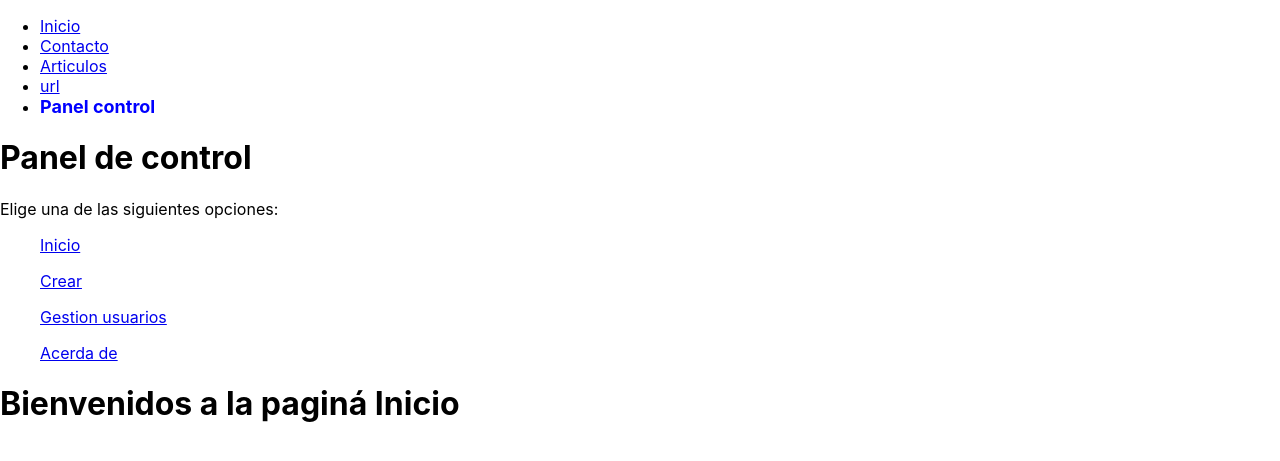
Repository: DamianBermudez94/react-router
Page: /panel/inicio
The author's editor kept a copy of each file at every save. The page is drawn from the files as they stood at one save, then again after the next save.
The browser window is 1280 px wide. The pictures show the whole page.
The project was rebuilt for these pictures with package versions that can differ from the ones it lists, and the page was loaded fresh each time. Also part of the build but not shown: src/components/Inicio.js, src/components/Articulos.js, src/components/Contacto.js, src/components/Error.js, src/components/ParametrosRutas.js, src/components/panel/Acerda.js, src/components/panel/Gestion.js, src/components/panel/Crear.js.

Above is the page before, as saved 2023-05-01 10:56:35.

After the next save:
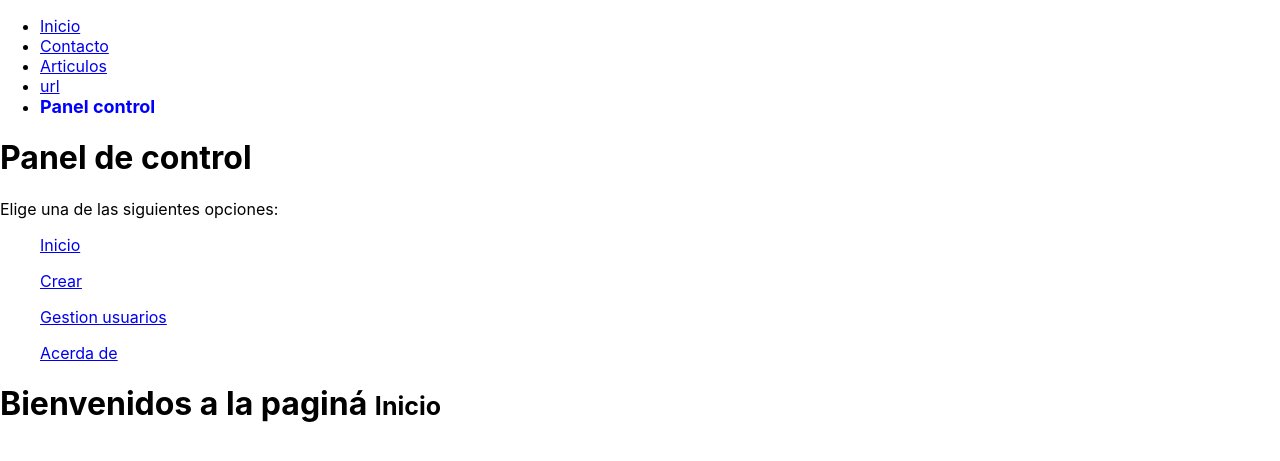
Saved 14 s later.
--- a/src/App.css
+++ b/src/App.css
@@ -23,7 +23,9 @@
   font-size: calc(10px + 2vmin);
   color: white;
 }
-
+.title-panel_inicio{
+  font-size: 25px;
+}
 .App-link {
   color: #61dafb;
 }
